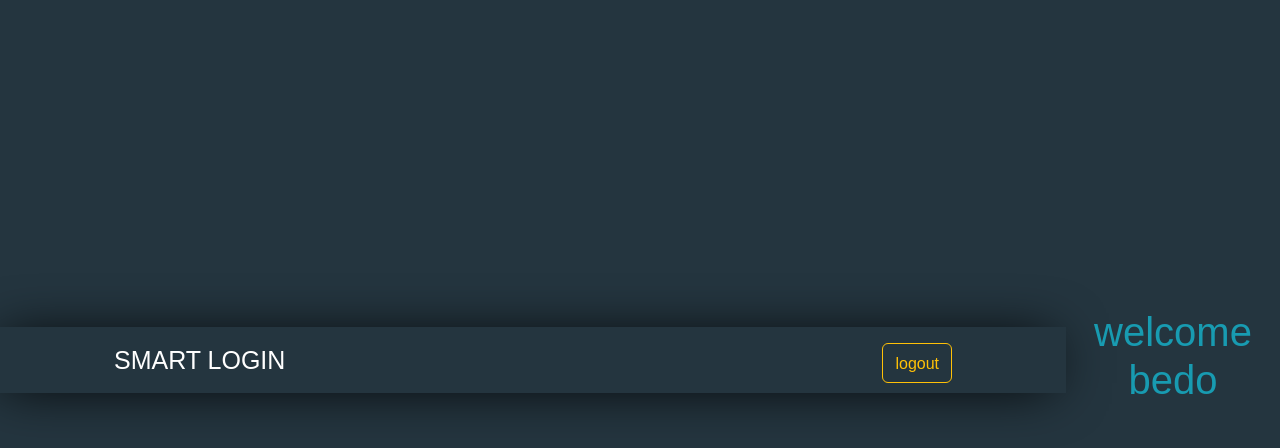
Repository: bodajava/TASK-4
Page: theerdIndex.html
These files come from the project's save history. The page is drawn as it stood at one moment and after the next save; the edit follows.
The browser window is 1280 px wide. The pictures show the whole page.

Above is the page before, as saved 2025-06-18 19:25:27.

After the next save:
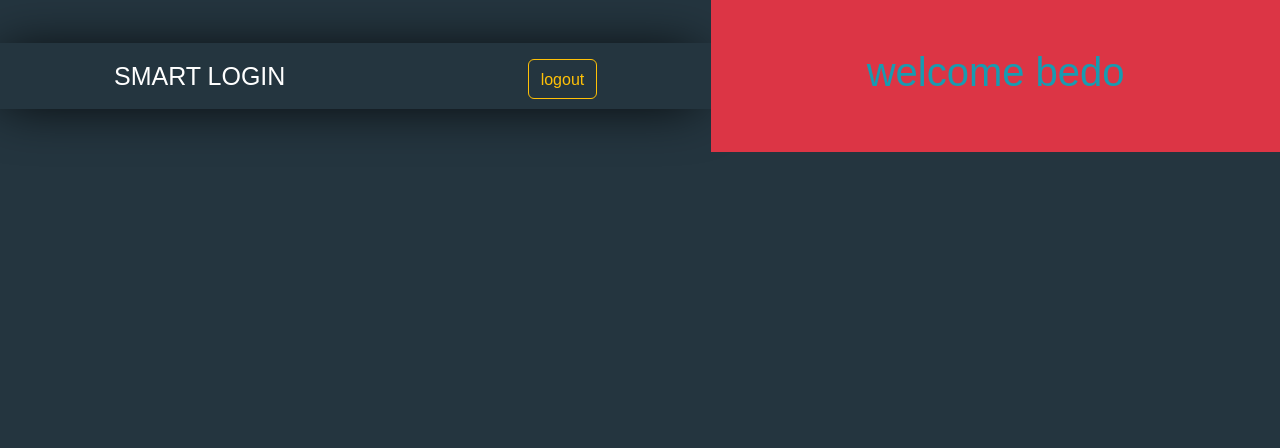
Saved 46 s later.
--- a/theerdIndex.html
+++ b/theerdIndex.html
@@ -44,11 +44,12 @@
       </nav>
     </div>
 
-    <div class="d-flex justify-content-center align-items-center vh-100">
-      <div class="text-center">
-        <h1 id="userName">welcome bedo</h1>
-      </div>
+    <div
+      class="group m-auto w-75 p-5 d-flex justify-content-center align-items-center bg-danger"
+    >
+      <h1 id="userName">welcome bedo</h1>
     </div>
+
     <script src="js/bootstrap.bundle.min.js"></script>
     <script src="js/index.js"></script>
   </body>
